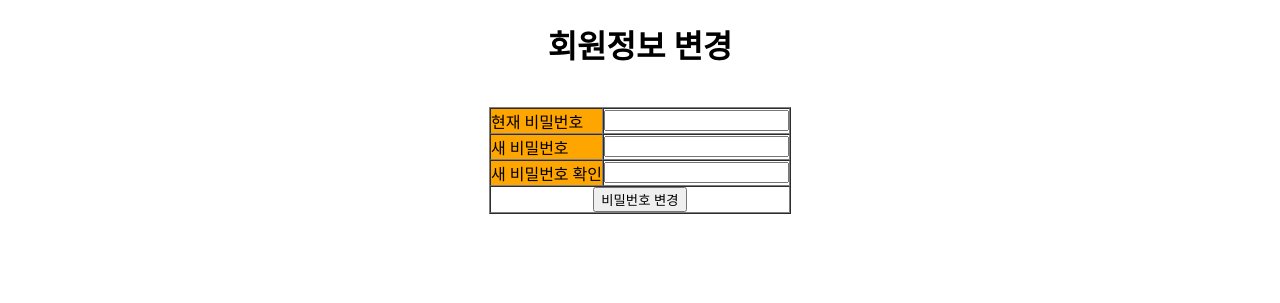
Repository: teeeeeeemo/workspace_spring
Page: http://localhost/BoardWeb/changeUserInfo.jsp
An editor plug-in stored every save of this project. The page is shown before and after the next save, followed by the edit.
The browser window is 1280 px wide. The pictures show the whole page.
The page is served by Tomcat 9. Nobody is signed in. The application's start-up code is not run.

Above is the page before, as saved 2017-01-29 08:44:36.

After the next save:
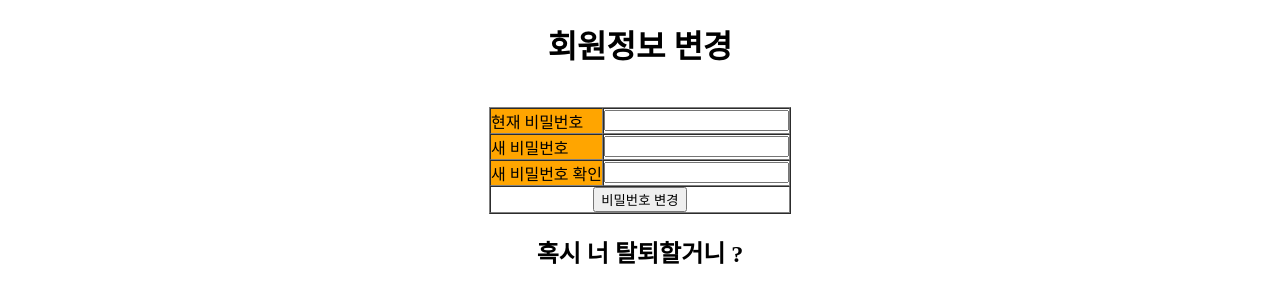
Saved 23 s later.
--- a/BoardWeb/src/main/webapp/changeUserInfo.jsp
+++ b/BoardWeb/src/main/webapp/changeUserInfo.jsp
@@ -31,6 +31,8 @@
 				</tr>
 			</table>
 		</form>
+
+		<h2>혹시 너 탈퇴할거니 ? </h2>
 	</center>
 	<script>
     // input_check_func는 비번 변경 3가지 문항을 전부다 채워 넣었는지 check 해준다
